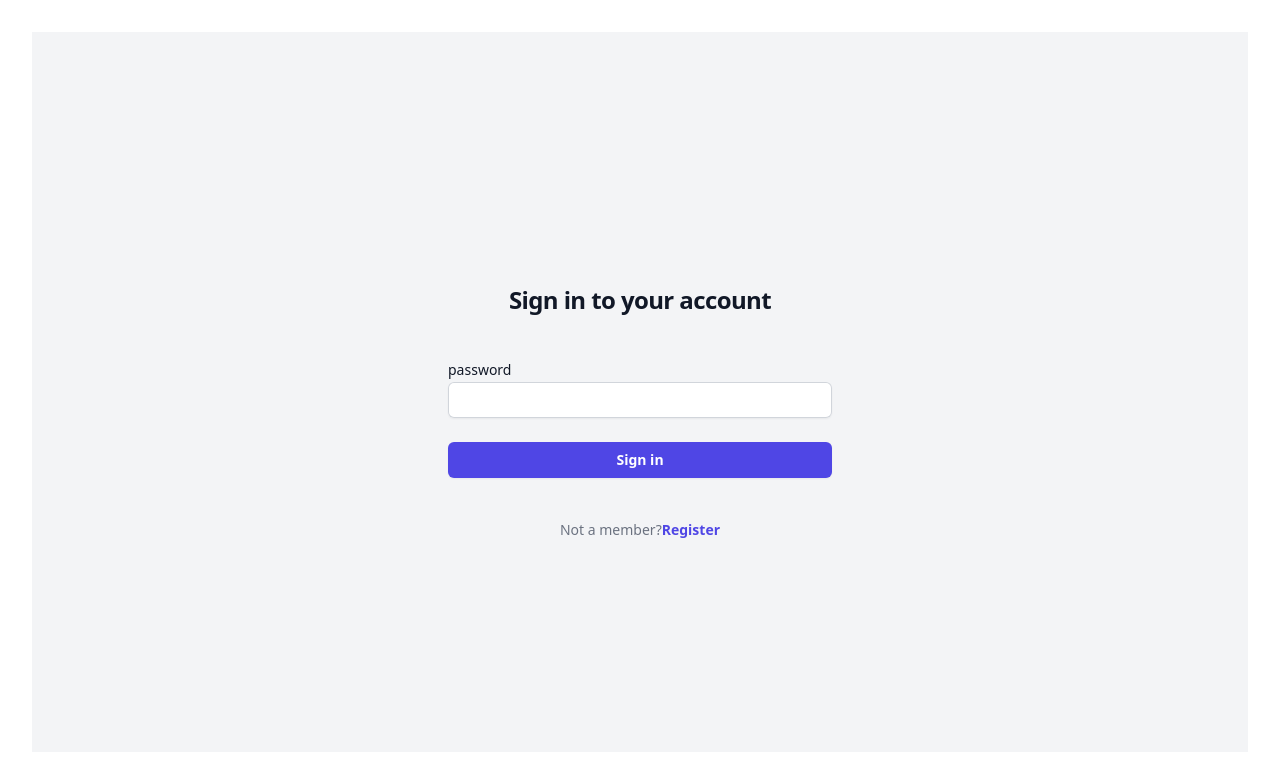
Repository: Wafaabahgat/Formik_React
Page: /
The author's editor kept a copy of each file at every save. The page is drawn from the files as they stood at one save, then again after the next save.
The browser window is 1280 px wide. The pictures show the whole page.
The project was rebuilt for these pictures with package versions that can differ from the ones it lists, and the page was loaded fresh each time. Also part of the build but not shown: vite.config.ts.

Above is the page before, as saved 2024-02-13 21:01:39.

### src/App.tsx
// App.tsx
import React from "react";
import RegistrationForm from "./components/RegistrationForm";
import "./App.css";

const App: React.FC = () => {
  return (
    <div className="min-h-screen flex items-center justify-center bg-gray-100">
      <RegistrationForm />
    </div>
  );
};

export default App;

### src/components/RegistrationForm.jsx
// RegistrationForm.js
import React from "react";
import Form from "./form";
// import { useFormik } from "formik";
// import * as Yup from "yup";

const RegistrationForm = () => {
  // const formik = useFormik({
  // initialValues: {
  // username: "",
  // password: "",
  // email: "",
  // },
  // validationSchema: Yup.object({
  // username: Yup.string()
  // .min(8, "Username must be at least 8 characters")
  // .max(20, "Username must be at most 20 characters")
  // .required("Username is required"),
  // password: Yup.string()
  // .min(8, "Password must be at least 8 characters")
  // .max(20, "Password must be at most 20 characters")
  // .matches(
  // /^(?=.*\d)(?=.*[a-z])(?=.*[A-Z])(?=.*[@#$%]).*$/,
  // "Password must meet the criteria"
  // )
  // .required("Password is required"),
  // email: Yup.string()
  // .email("Invalid email address")
  // .required("Email is required"),
  // }),
  // onSubmit: (values) => {
  // Handle form submission
  // console.log(values);
  // },
  // });

  return (
    <div className="flex min-h-full flex-1 flex-col justify-center px-6 py-12 lg:px-8">
      <div className="sm:mx-auto sm:w-full sm:max-w-sm">
        <h2 className="mt-10 text-center text-2xl font-bold leading-9 tracking-tight text-gray-900">
          Sign in to your account
        </h2>
      </div>

      <div className="mt-10 sm:mx-auto sm:w-full sm:max-w-sm">
        <form className="space-y-6" action="#" method="POST">
          <Form ttl="password" />

          <div>
            <button
              type="submit"
              className="flex w-full justify-center rounded-md bg-indigo-600 px-3 py-1.5 text-sm font-semibold leading-6 text-white shadow-sm hover:bg-indigo-500 focus-visible:outline focus-visible:outline-2 focus-visible:outline-offset-2 focus-visible:outline-indigo-600"
            >
              Sign in
            </button>
          </div>
        </form>

        <p className="mt-10 text-center text-sm text-gray-500">
          Not a member?
          <a
            href="#"
            className="font-semibold leading-6 text-indigo-600 hover:text-indigo-500"
          >
            Register
          </a>
        </p>
      </div>
    </div>
  );
};

export default RegistrationForm;

### src/components/form.jsx
import React from "react";

const Form = ({ttl}) => {
  return (
    <div>
      <div className="flex items-center justify-between">
        <label
          htmlFor="password"
          className="block text-sm font-medium leading-6 text-gray-900"
        >
          {ttl}
        </label>
      </div>
      <div className="">
        <input
          id="password"
          name="password"
          type="password"
          autoComplete="current-password"
          required
          className="block w-full rounded-md border-0 py-1.5 text-gray-900 shadow-sm ring-1 ring-inset ring-gray-300 placeholder:text-gray-400 focus:ring-2 focus:ring-inset focus:ring-indigo-600 sm:text-sm sm:leading-6"
        />
      </div>
    </div>
  );
};

export default Form;

Loaded but not shown: index.html (common file); src/main.tsx (common file); src/App.css (common file); tailwind.config.js (common file)

After the next save:
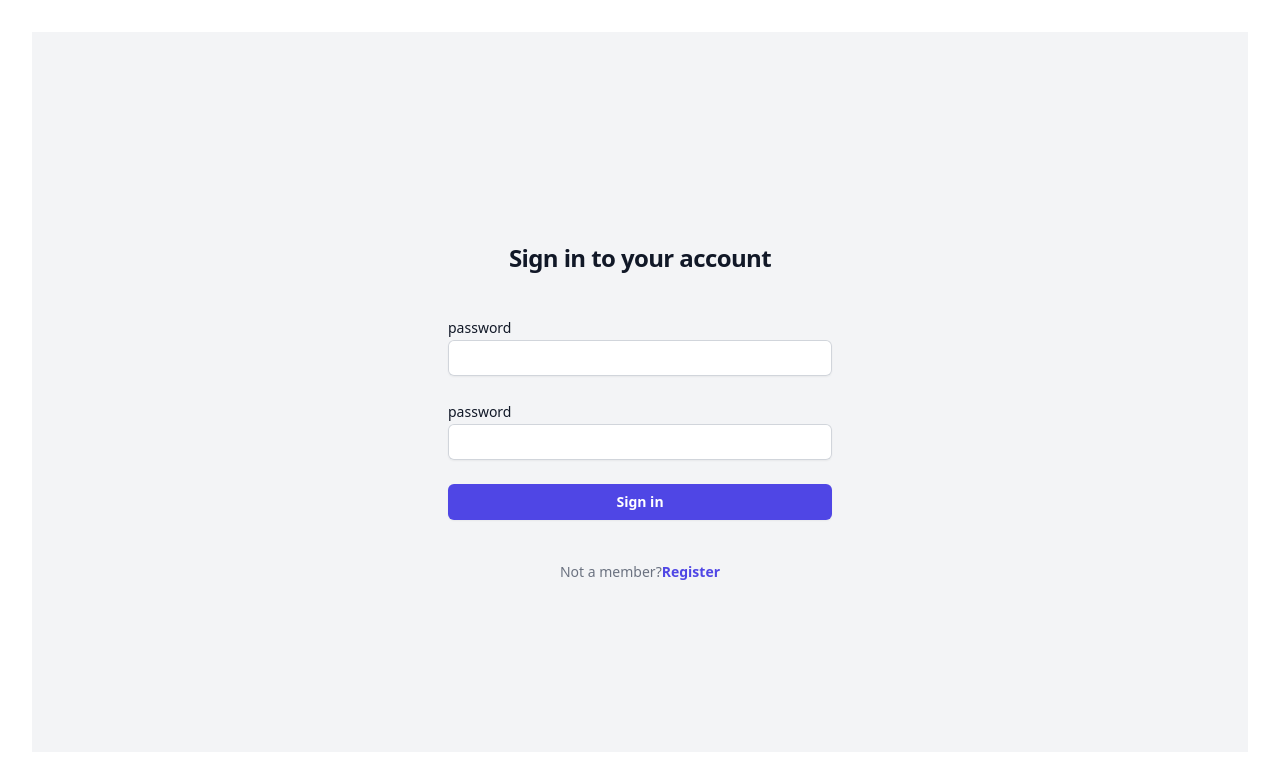
Saved 9 s later.
--- a/src/components/RegistrationForm.jsx
+++ b/src/components/RegistrationForm.jsx
@@ -45,6 +45,7 @@ const RegistrationForm = () => {
       <div className="mt-10 sm:mx-auto sm:w-full sm:max-w-sm">
         <form className="space-y-6" action="#" method="POST">
           <Form ttl="password" />
+          <Form ttl="password" />
 
           <div>
             <button
